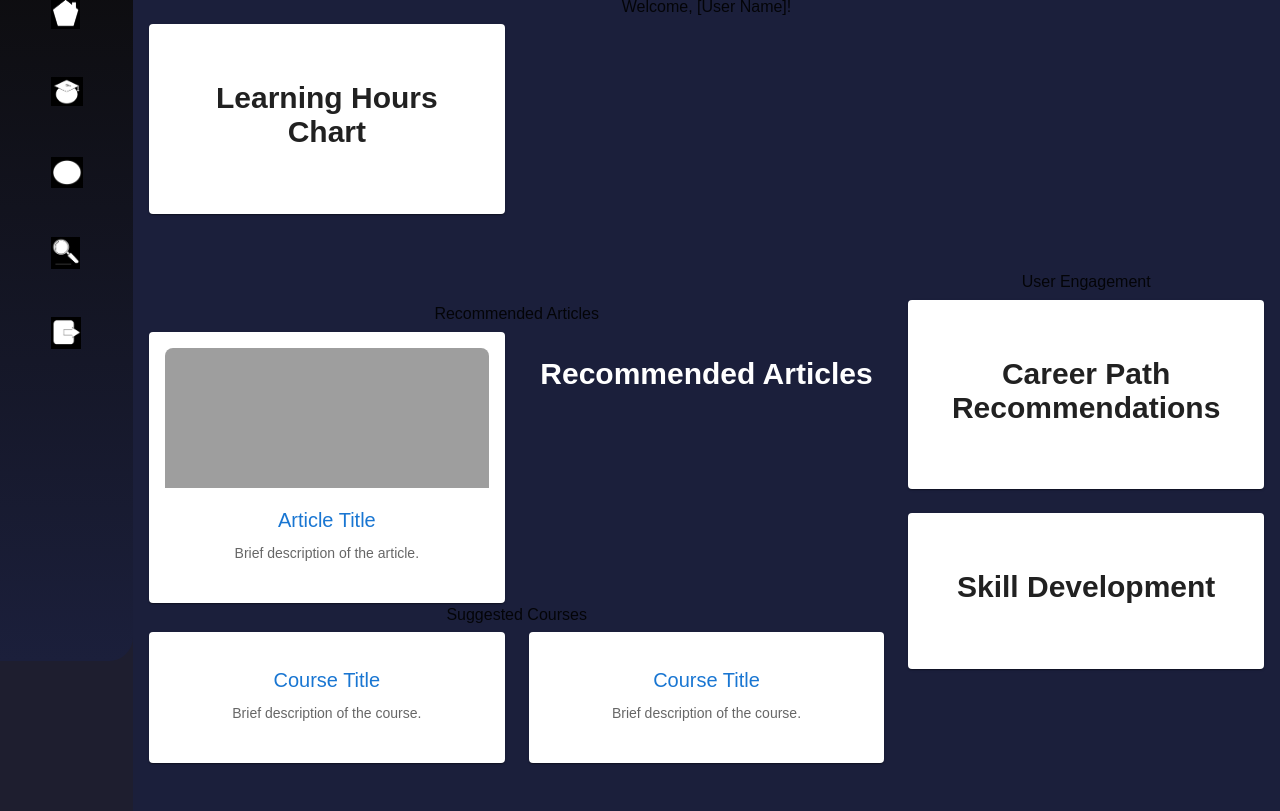
Repository: jvt2/OnlineCourseApp
Page: /dashboard
These files come from the project's save history. The page is drawn as it stood at one moment and after the next save; the edit follows.
The browser window is 1280 px wide. The pictures show the whole page.
Pictures or frames that could not be fetched are drawn as grey boxes. The page's requests for data from a server got no answer. The project was rebuilt for these pictures with package versions that can differ from the ones it lists, and the page was loaded fresh each time. No one was signed in, and anything a server would have sent is missing. Also part of the build but not shown: src/features/auth/Register.js, src/features/auth/Login.js, src/features/courses/ResumeUpload.js, src/features/courses/CourseRecommendations.js, src/components/common/MyModal.js, src/features/courses/CourseCatalog.js, src/features/courses/CourseDetail.js, src/components/common/Navbar.js and 3 more. Imported but missing from the stored project, and not drawn on this page: src/app/reportWebVitals.

Above is the page before, as saved 2024-07-18 21:32:35.

After the next save:
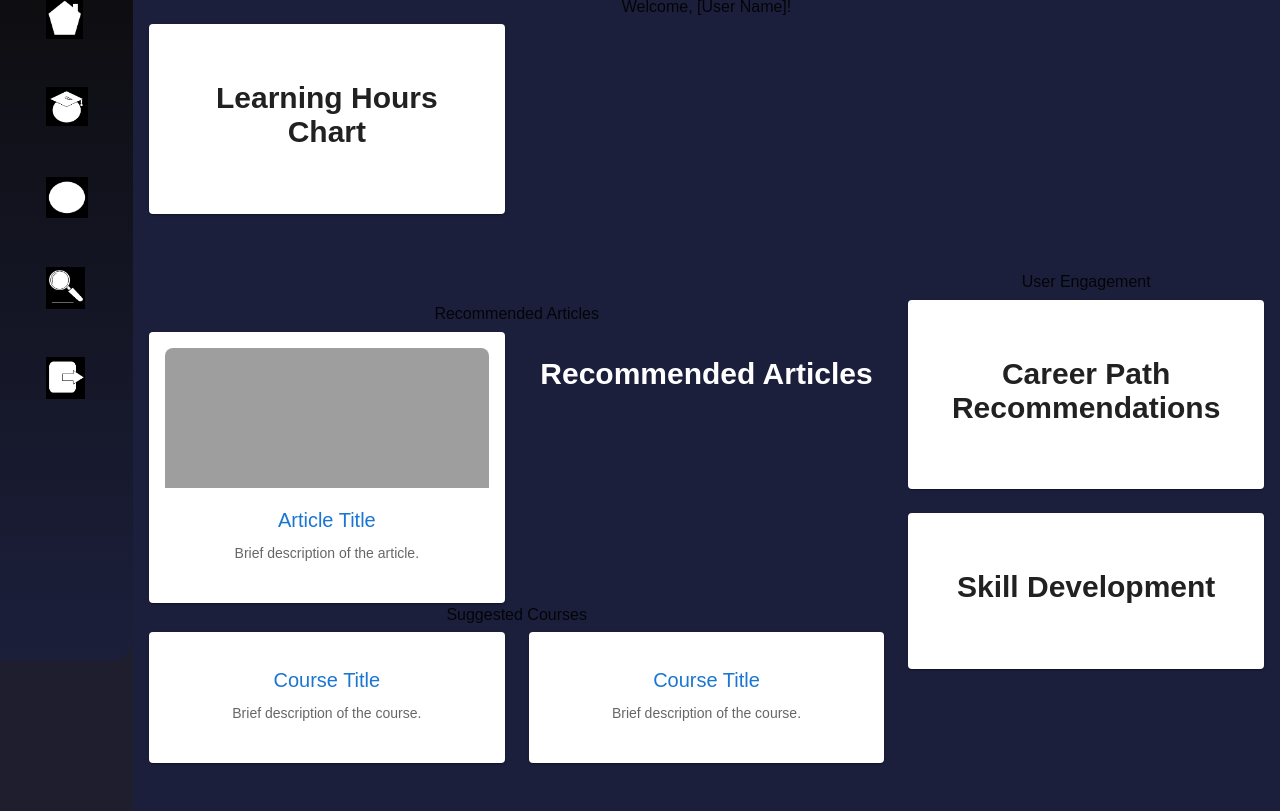
Saved 12 min 15 s later.
--- a/src/features/dashboard/Dashboard.css
+++ b/src/features/dashboard/Dashboard.css
@@ -13,7 +13,7 @@
   --border-radius: 24px;
   --transition-speed: 0.3s;
   --spacing-unit: 16px;
-  --icon-size: 32px;
+  --icon-size: 42px;
 }
 
 /* Dark mode */
